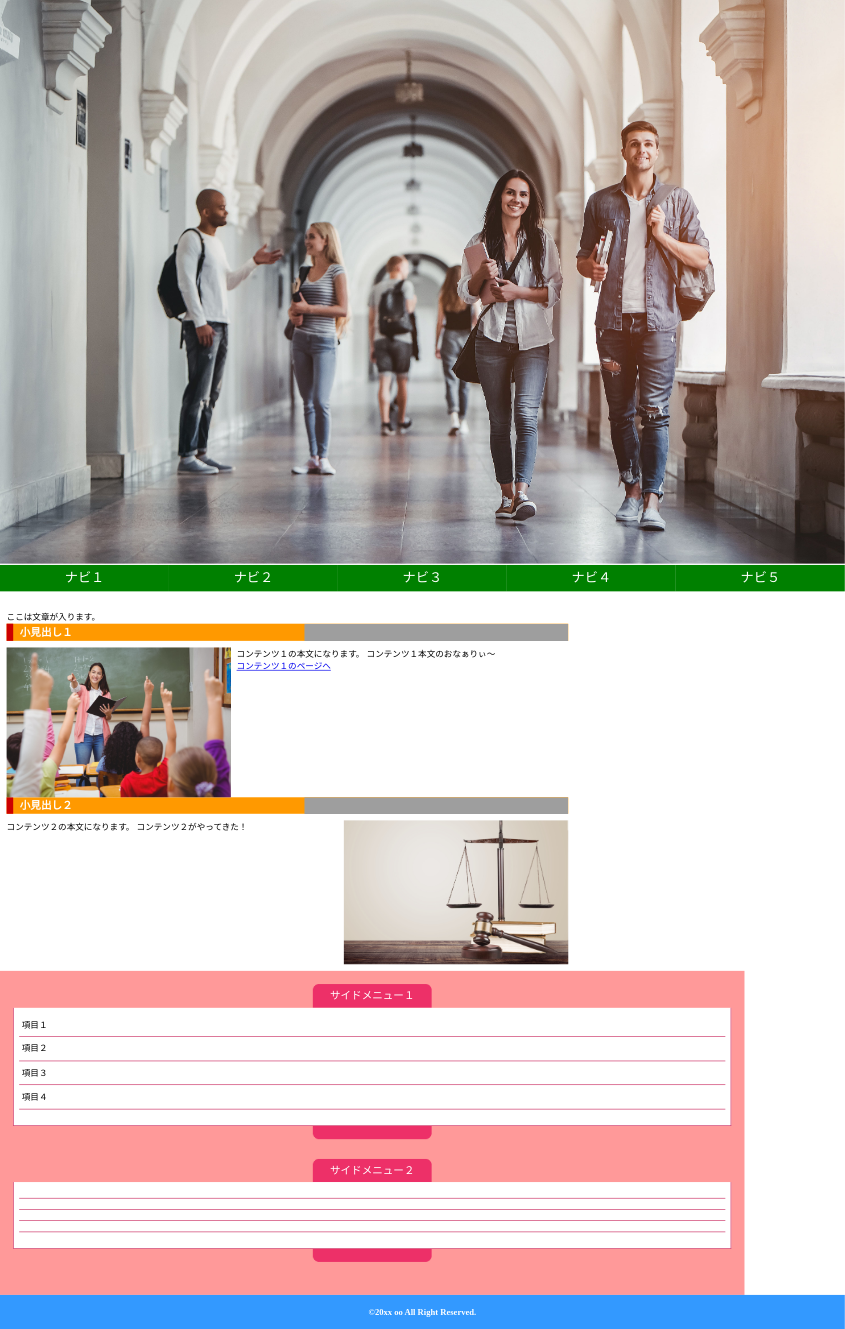
Repository: yumi3103/samurai_HTML-CSS1
Page: home.html
The author's editor kept a record of every edit. The page is drawn from the files as they stood at one moment, then again after the next edit.
The browser window is 1280 px wide. The pictures show the whole page, at 66% of full size.
Pictures or frames that could not be fetched are drawn as grey boxes.

Above is the page before.

After the next edit:
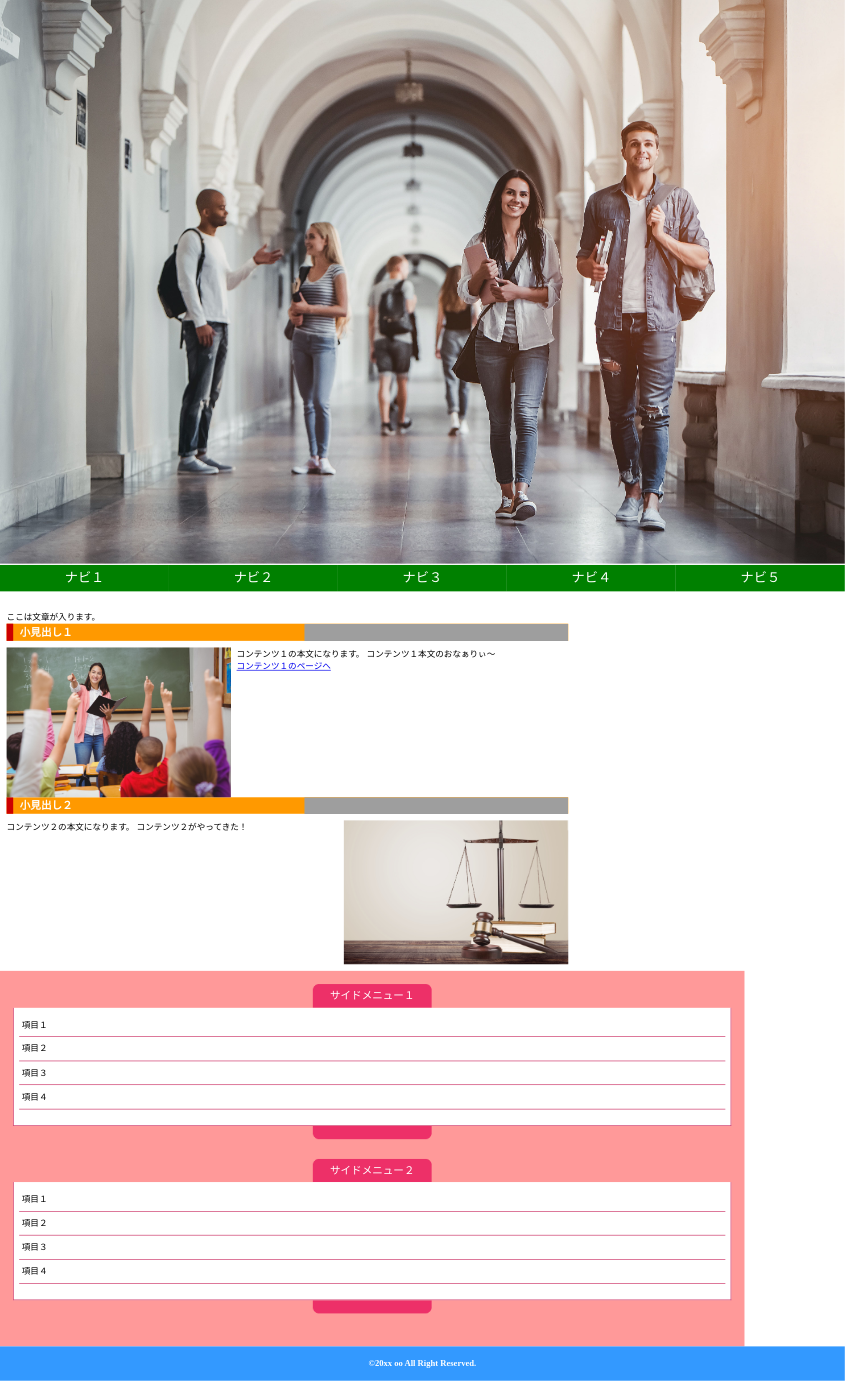
The edit:
--- a/home.html
+++ b/home.html
@@ -60,10 +60,10 @@
                <h2>サイドメニュー２</h2>
                <div class="boxBody">
                    <ul>
-                       <li></li>
-                       <li></li>
-                       <li></li>
-                       <li></li>
+                       <li>項目１</li>
+                       <li>項目２</li>
+                       <li>項目３</li>
+                       <li>項目４</li>
                    </ul>
                </div>
            </div>
